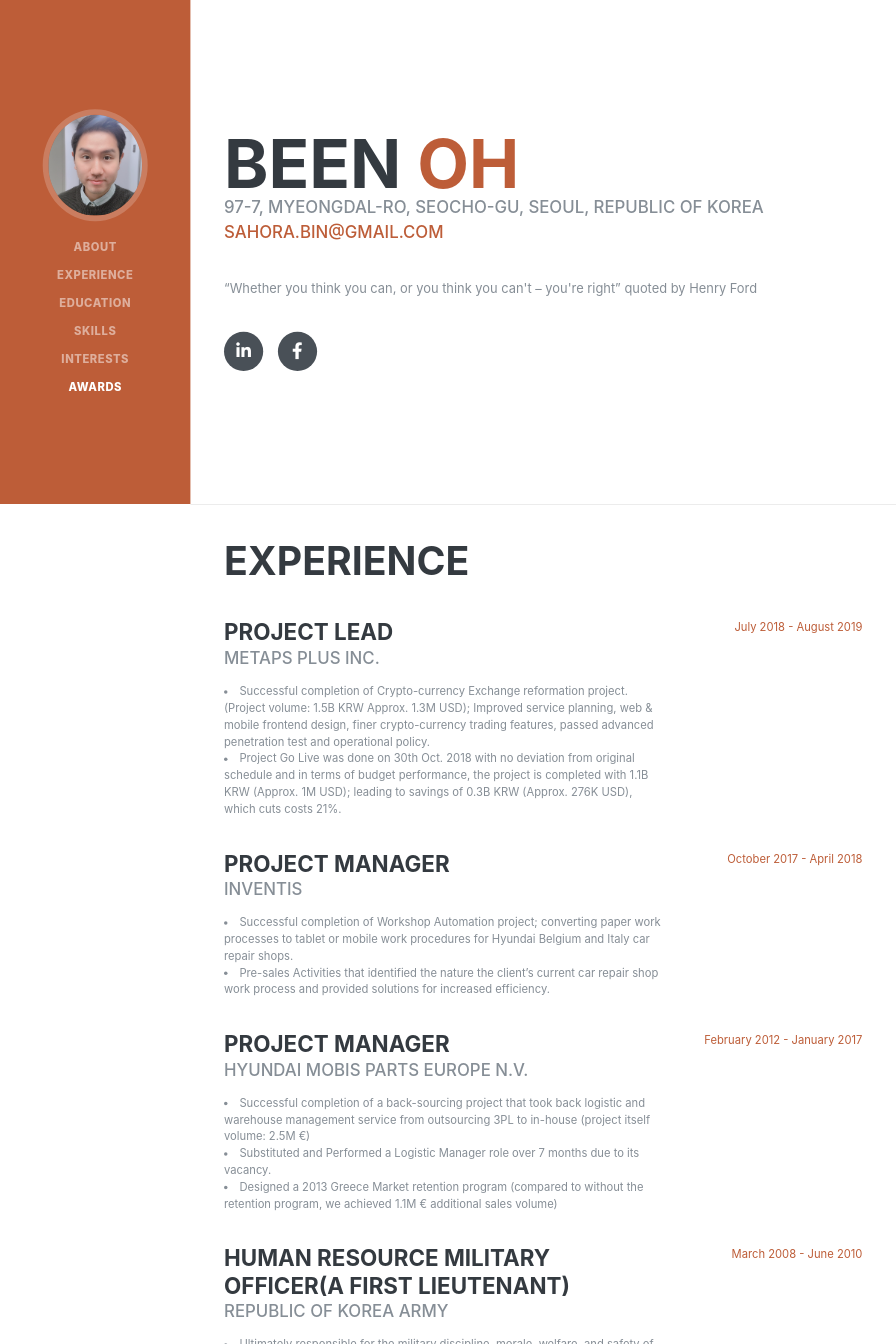
Repository: BeenOH/OHBIN.github.io
Page: index.html
The author's editor kept a record of every edit. The page is drawn from the files as they stood at one moment, then again after the next edit.
The browser window is 1280 px wide. The pictures show the part of the page from y = 0 to 1920 px (the page is 4563 px tall), at 70% of full size.
Some web fonts or font styles are not loaded; a fallback is used.

Above is the page before.

After the next edit:
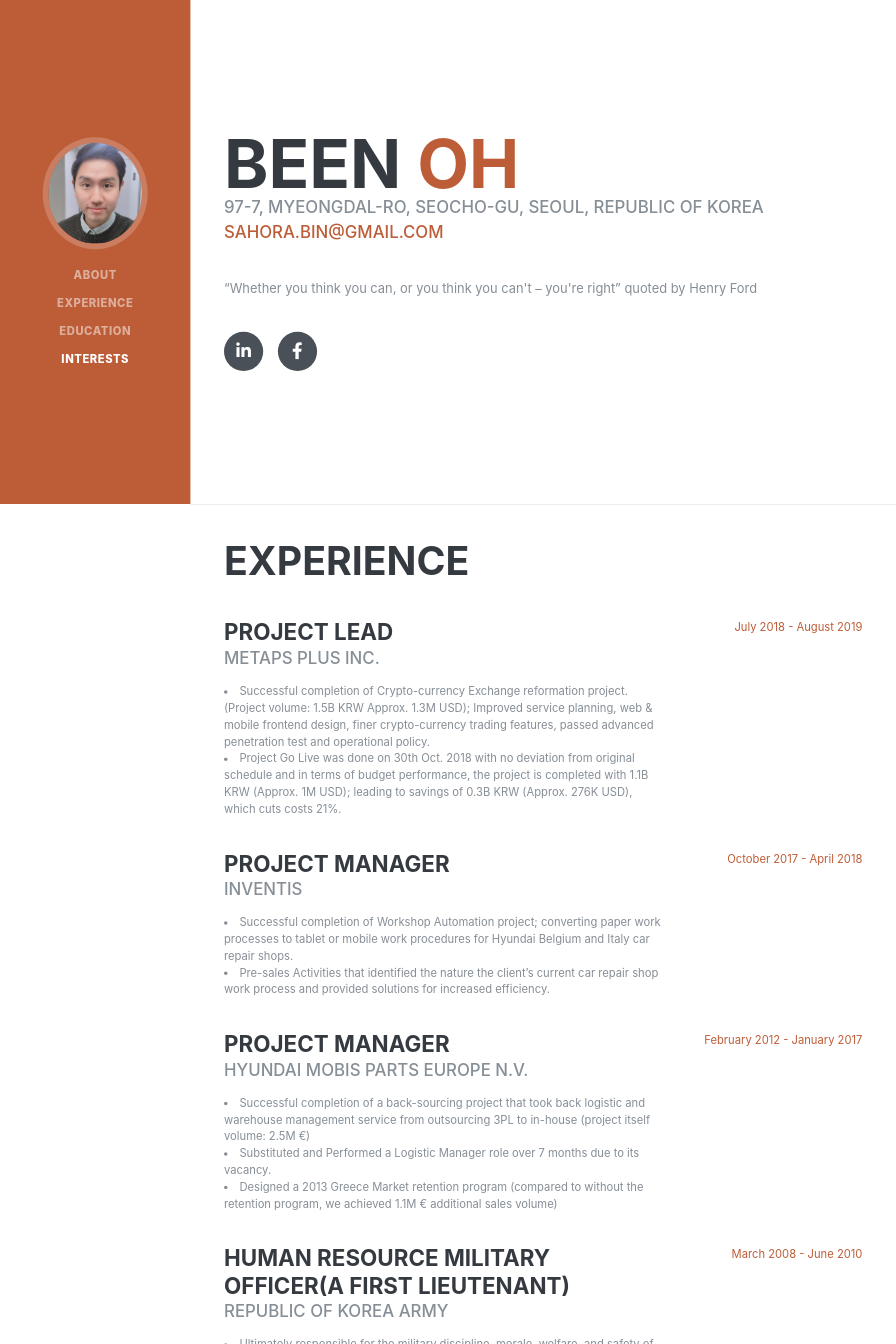
The edit:
--- a/index.html
+++ b/index.html
@@ -47,13 +47,7 @@
           <a class="nav-link js-scroll-trigger" href="#education">Education</a>
         </li>
         <li class="nav-item">
-          <a class="nav-link js-scroll-trigger" href="#skills">Skills</a>
-        </li>
-        <li class="nav-item">
           <a class="nav-link js-scroll-trigger" href="#interests">Interests</a>
-        </li>
-        <li class="nav-item">
-          <a class="nav-link js-scroll-trigger" href="#awards">Awards</a>
         </li>
       </ul>
     </div>
